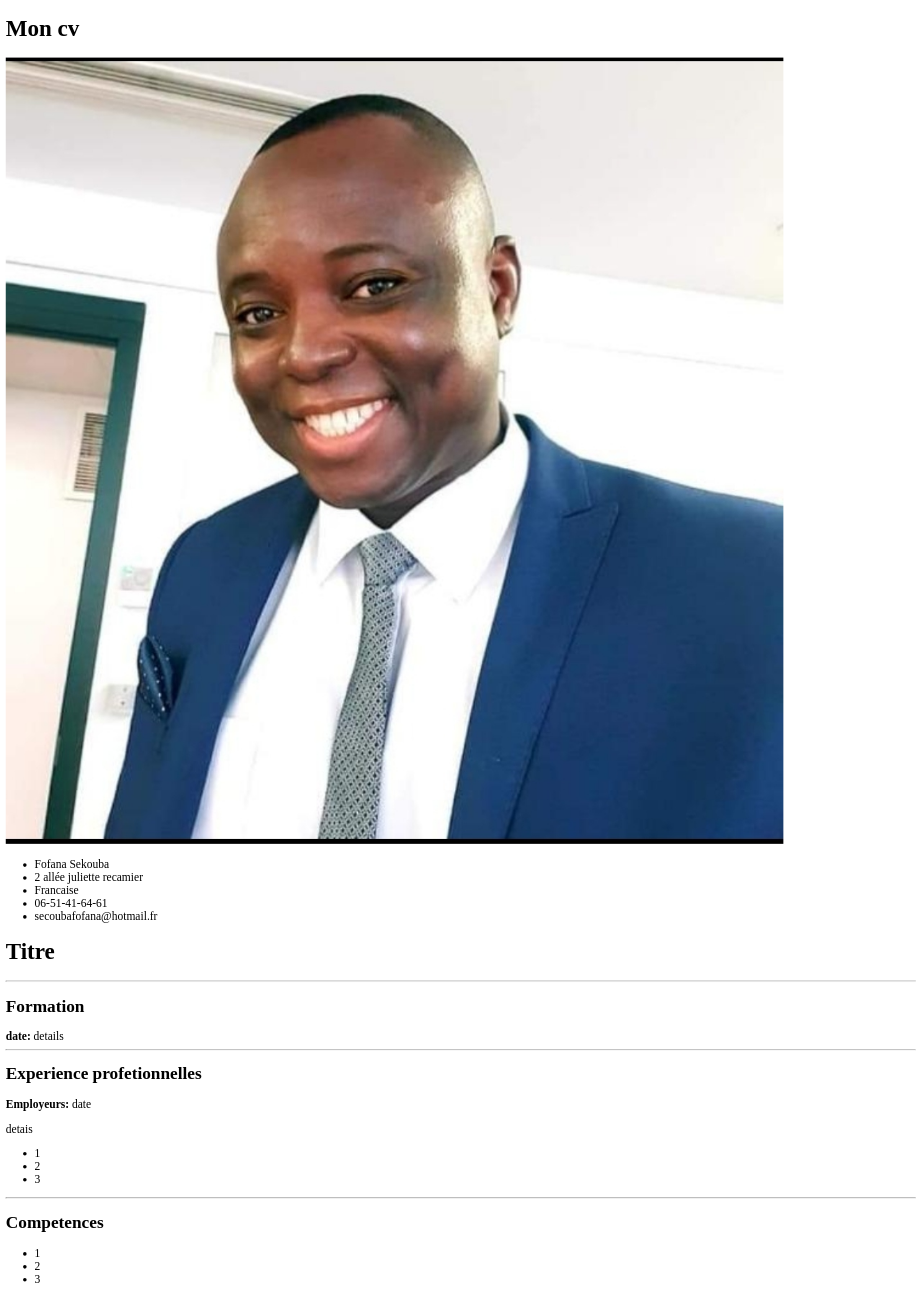
Repository: lamdakara/cv-html
Page: index.html
The author's editor kept a copy of each file at every save. The page is drawn from the files as they stood at one save, then again after the next save.
The browser window is 1280 px wide. The pictures show the whole page, at 72% of full size.

Above is the page before, as saved 2023-08-22 01:06:32.

After the next save:
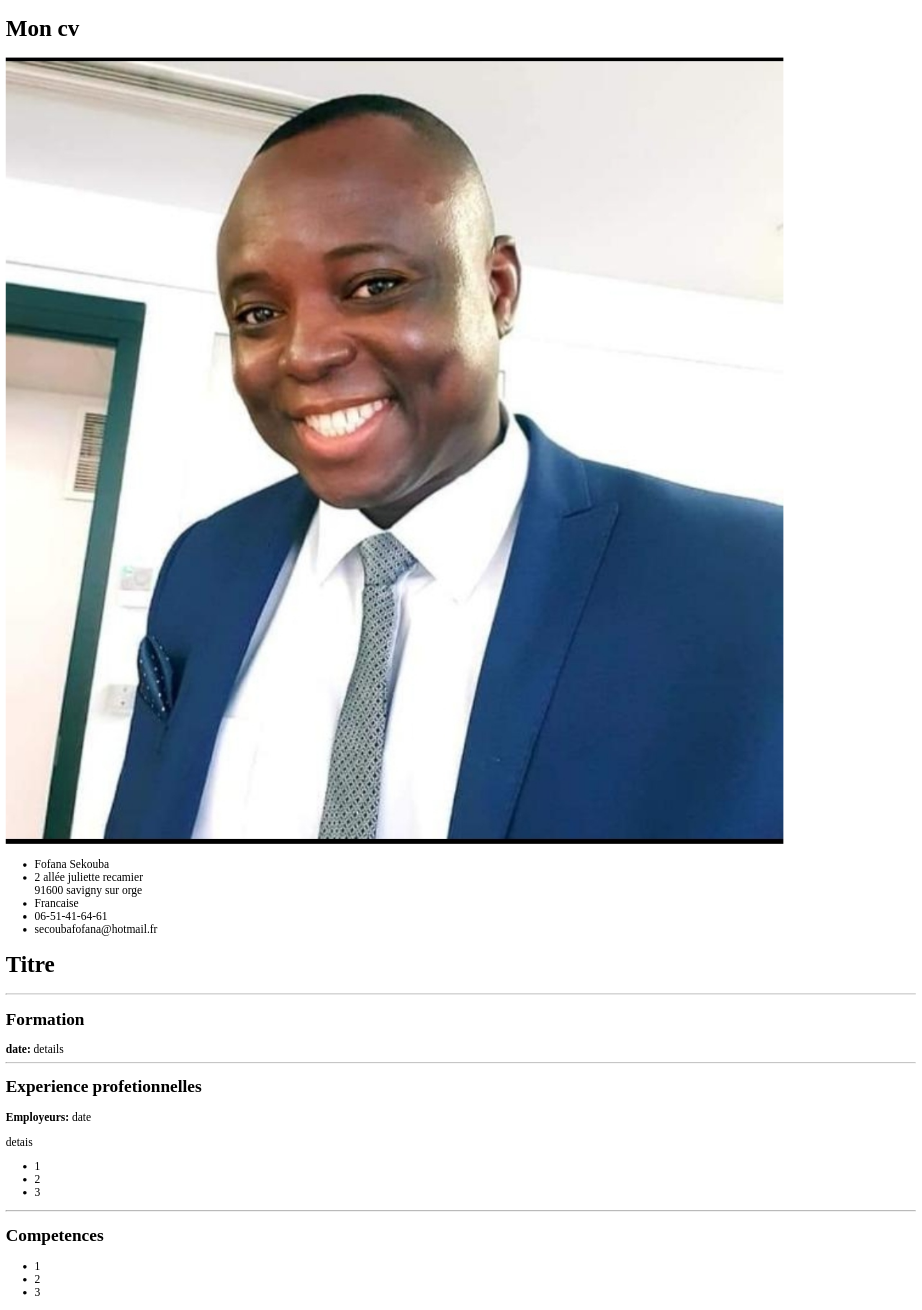
Saved 61 s later.
--- a/index.html
+++ b/index.html
@@ -11,7 +11,7 @@
         <img src="profil.jpg/1661794008238.jpg" alt="image de profil">
     <ul>
         <li>Fofana Sekouba</li>
-        <li>2 allée juliette recamier</li>
+        <li>2 allée juliette recamier <br>91600 savigny sur orge </li>
         <li>Francaise</li>
         <li>06-51-41-64-61</li>
         <li>secoubafofana@hotmail.fr</li>
